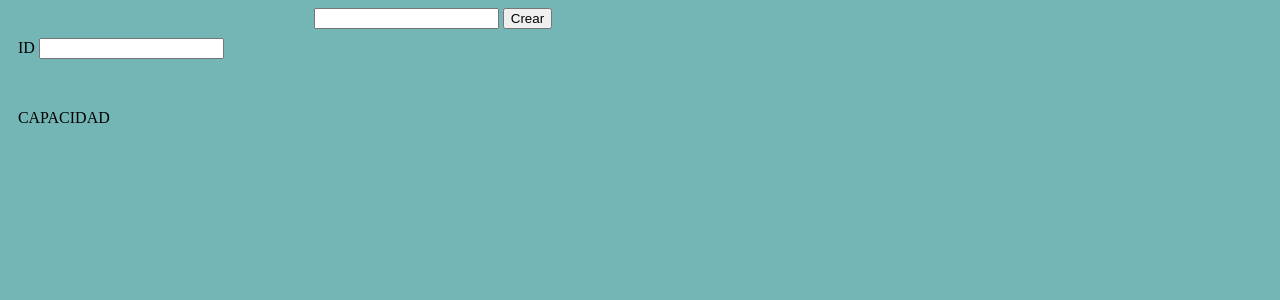
Repository: Robin-Rivadeneira/prueva_pablo
Page: index.html
An editor plug-in stored every save of this project. The page is shown before and after the next save, followed by the edit.
The browser window is 1280 px wide. The pictures show the whole page.

Above is the page before, as saved 2020-01-16 20:29:24.

### index.html
<!DOCTYPE html>
<html lang="en">
<head>
    <meta charset="UTF-8">
    <meta name="viewport" content="width=device-width, initial-scale=1.0">
    <meta http-equiv="X-UA-Compatible" content="ie=edge">
    <LINK REL=StyleSheet HREF="/css/bomberos.css" TYPE="text/css" MEDIA=screen>
    <title> Motobombas</title>
</head>
<body>
    <div>
        <label class="id">ID</label>
        <input type="number" id="id">
        <label class="capacidad">CAPACIDAD</label>
        <input type="number" id="capacidad" >
        <button type="button" class="button" onclick="moto.guardar()">Crear</button>
    </div>
    <br>
    <div id="img">

    </div>
    <br>
    <div id="estado">

    </div>
    <br>
    <div id="pintar">
    </div>
</body>
<script src="/js/Motobomba.js"></script>
<script src="/js/Bombero.js"></script>
</html>

### css/bomberos.css
body{
    background-color: rgb(116, 182, 182);
}
.id{
    position: relative;
    left: 10px;
    top: 30px;
}
#id{
    position: relative;
    top: 30px;
    left: 10px;
}

.capacidad{
    position: relative;
    top: 100px;
    right: 200px;
}

### js/Motobomba.js
class Motobomba {
    constructor(id, capacidad, estado = false) {
        this.id = id;
        this.capacidad = capacidad;
        this.estado = estado;
    }
    prender() {
        this.estado = true;
    }
    apagar() {
        this.estado = false;
    }
    getEstado() {
        return this.estado;
    }
    toString() {
        if (this.estado == true) {
            document.getElementById('estado').innerHTML='<img src="img/verde.jpg" windth="130px" height="100px">'
            var parrafo=document.createElement('p')
            parrafo.innerHTML = 'esta prendido'
            document.body.appendChild(parrafo)
            moto.apagar()
            document.getElementById("boton").innerHTML="prendido"

        }
        else if(this.estado == false) {
            document.getElementById('estado').innerHTML='<img src="img/rojo.jpg" windth="130px" height="100px">'
            var parrafo=document.createElement('p')
            parrafo.innerHTML = 'esta apagado'
            document.body.appendChild(parrafo)
            moto.prender()
            document.getElementById("boton").innerHTML="apagdo"
        }
    }
    guardar(){
        var recu= document.getElementById('id').value;
        var recu1=document.getElementById('capacidad').value;
        this.id=recu
        this.capacidad=recu1
        console.log(this.id)
        console.log(this.capacidad)
        document.getElementById('img').innerHTML='<img src="img/camion.jpg" windth="130px" height="100px">'
        document.getElementById('pintar').innerHTML='<button type="button" id="boton" onclick="moto.toString()">ESTADO</button>'
    }
}



let moto = new Motobomba()

### js/Bombero.js
class Bombero{
    constructor(nombre){
        this.nombre=nombre;
    }
    addHabilidad(){
        let habilidades=[];
        habilidades.push(this.nombre)
    }
}

After the next save:
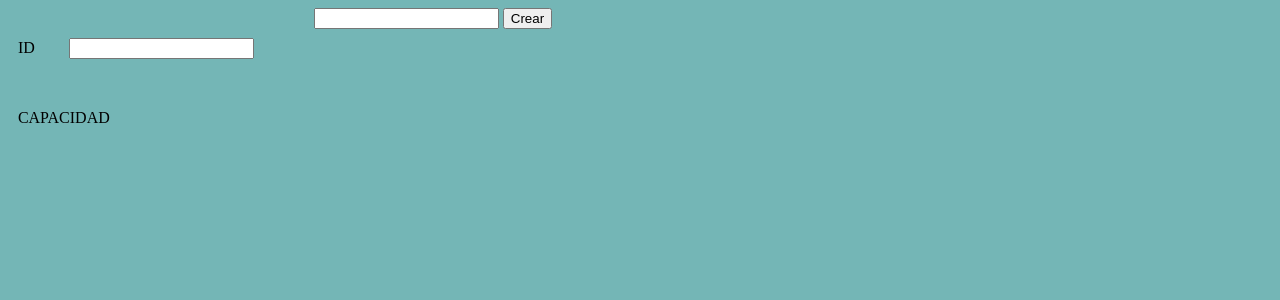
Saved 9 s later.
--- a/css/bomberos.css
+++ b/css/bomberos.css
@@ -9,7 +9,7 @@ body{
 #id{
     position: relative;
     top: 30px;
-    left: 10px;
+    left: 40px;
 }
 
 .capacidad{
